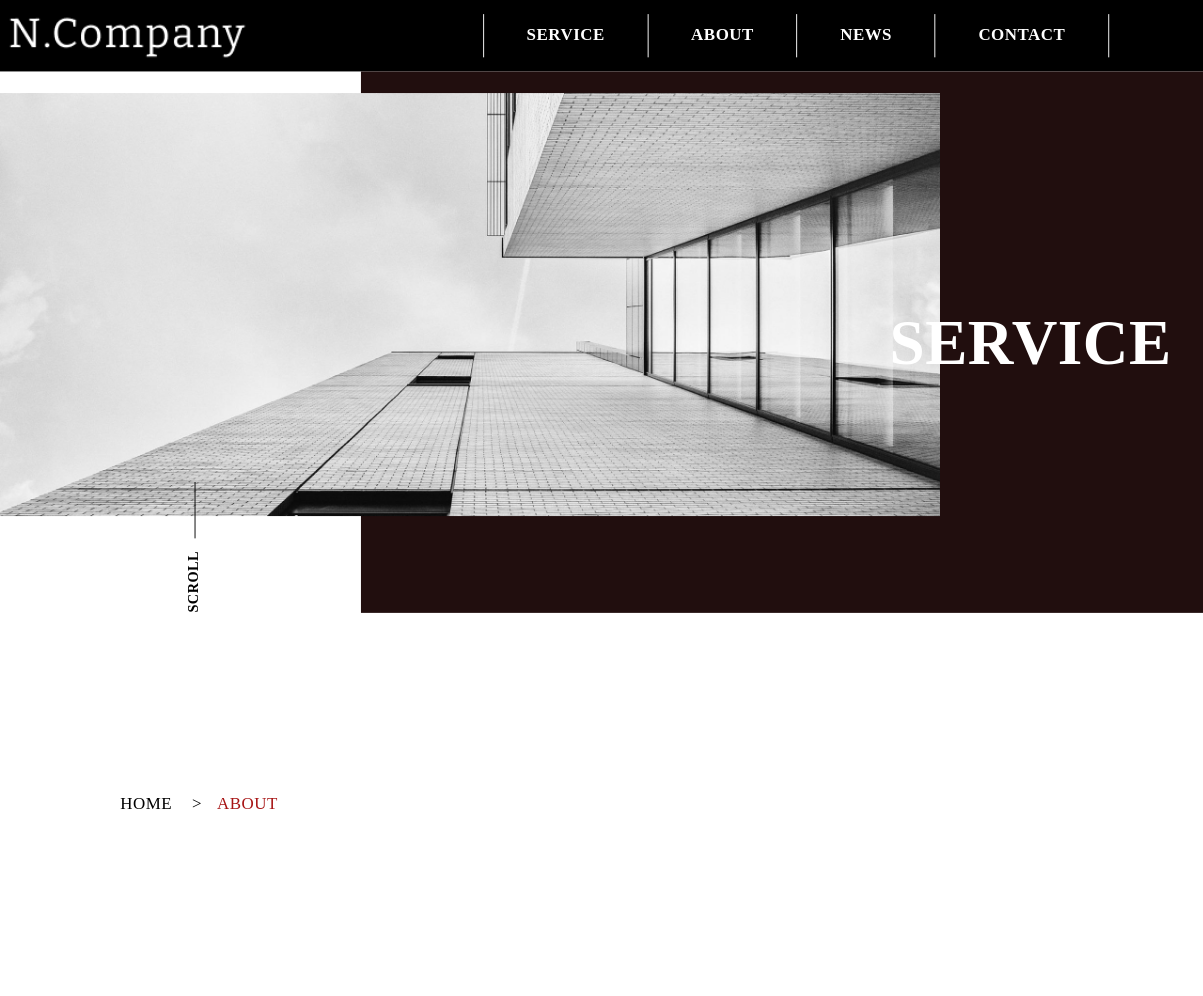
Repository: nozomi-23/hp2_test
Page: html/about.html
The author's editor kept a copy of each file at every save. The page is drawn from the files as they stood at one save, then again after the next save.
The browser window is 1280 px wide. The pictures show the whole page, at 94% of full size.
Some web fonts or font styles are not loaded; a fallback is used. Some web libraries are served in a nearby version.

Above is the page before, as saved 2022-06-25 22:01:12.

After the next save:
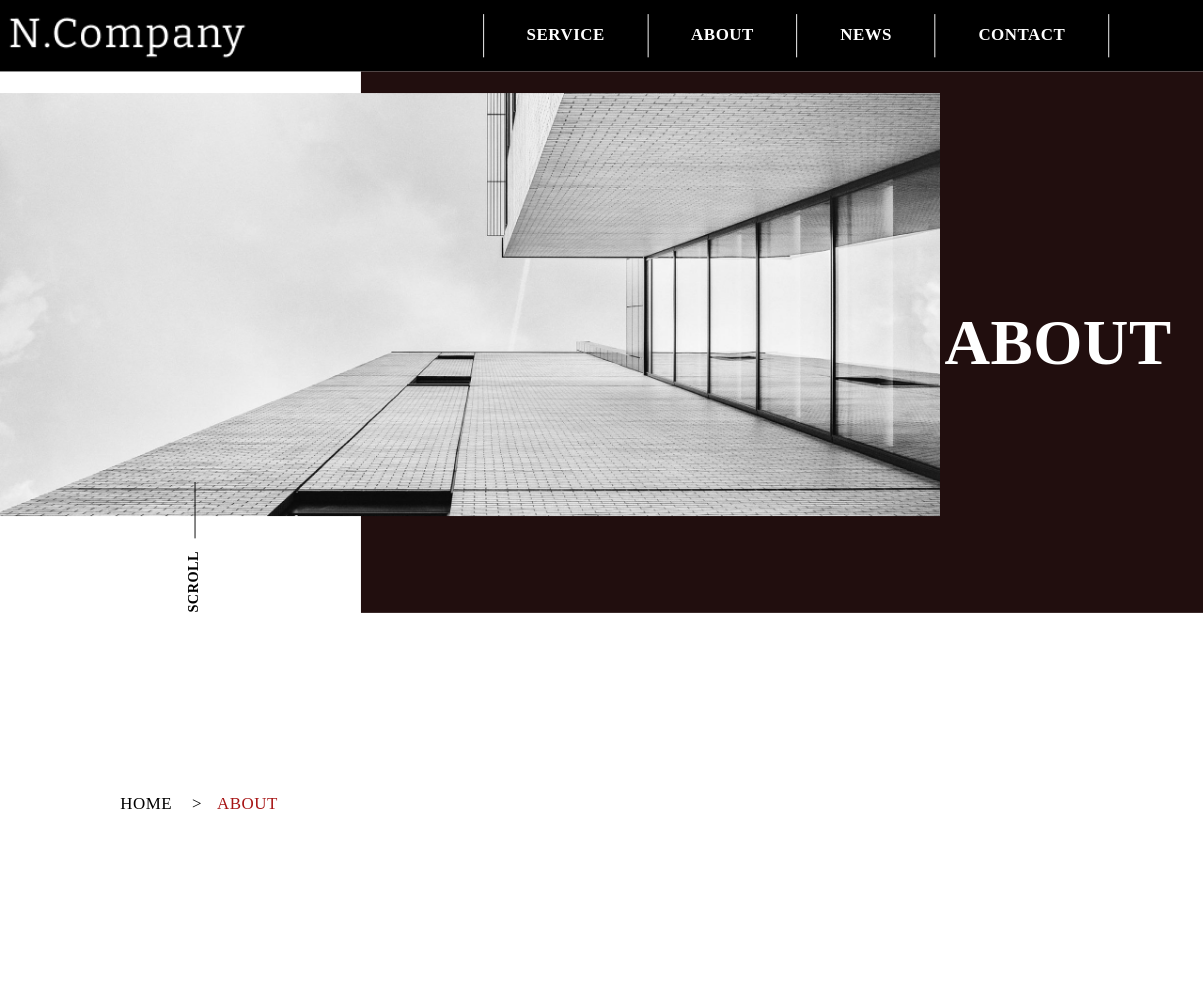
Saved 6 s later.
--- a/html/about.html
+++ b/html/about.html
@@ -68,7 +68,7 @@
           <span class="top_arrow_txt">SCROLL</span>
         </div>
         <div class="fv_ttl_wrapper">
-          <h2 class="service_fv_ttl">SERVICE</h2>
+          <h2 class="service_fv_ttl">ABOUT</h2>
         </div>
       </div>
     </section>
